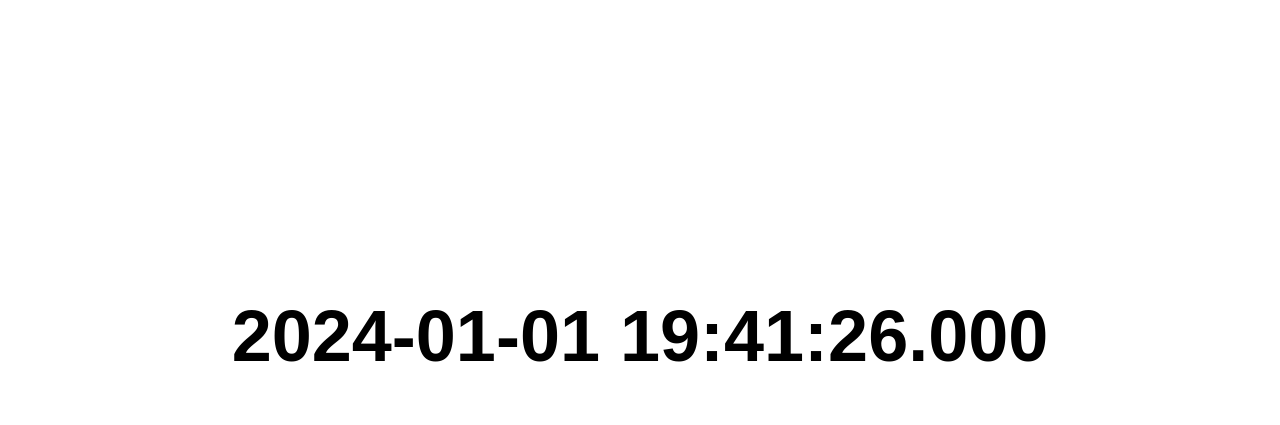
Repository: end888160/end888160.github.io
Page: clock.html
The author's editor kept a copy of each file at every save. The page is drawn from the files as they stood at one save, then again after the next save.
The browser window is 1280 px wide. The pictures show the whole page.

Above is the page before, as saved 2024-09-22 22:11:00.

After the next save:
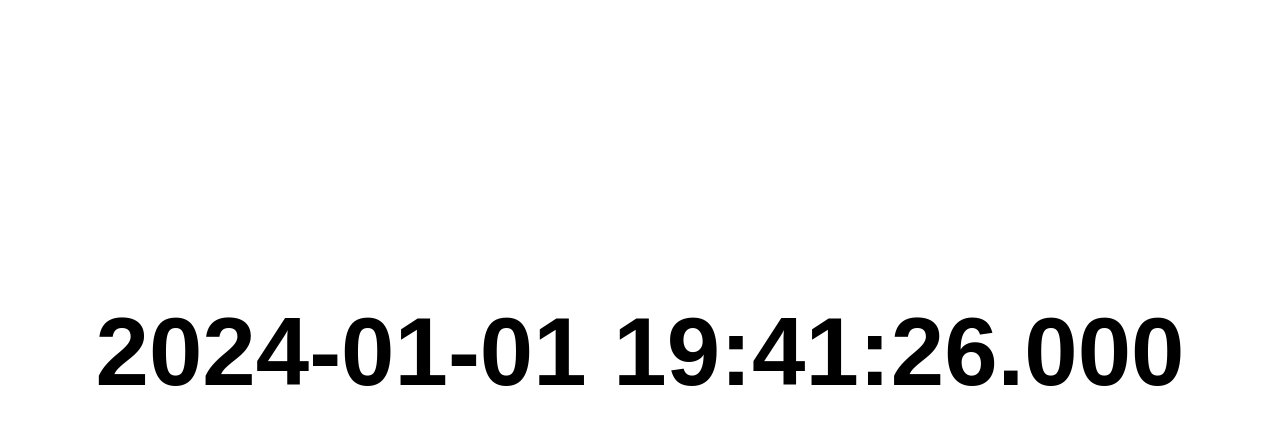
Saved 26 s later.
--- a/clock.html
+++ b/clock.html
@@ -4,6 +4,9 @@
 	<meta name="viewport" content="width=device-width, initial-scale=1.0">
 	<title>Simple HTML Clock</title>
 	<style>
+	html {
+		font-family: Arial, Helvetica, 'Gill Sans', 'Gill Sans MT', Calibri, 'Trebuchet MS', sans-serif;
+	}
 	h1{
 		text-align: center;
 		text-align-last: center;
@@ -11,8 +14,7 @@
 		display: flex;
 		height: 80vh;
 		align-items: center;
-		font-size: 72px;
-		font-family: Arial, Helvetica, "Noto Sans", sans-serif;
+		font-size: 7.5vw;
 
 	}
 	body {
@@ -30,7 +32,11 @@
 		color: white;
 		}
 	}
-
+	@media only screen and (orientation: portrait) {
+		h1 {
+			font-size: 15vw;
+		}
+	}
 	</style>
 </head>
 <body>
